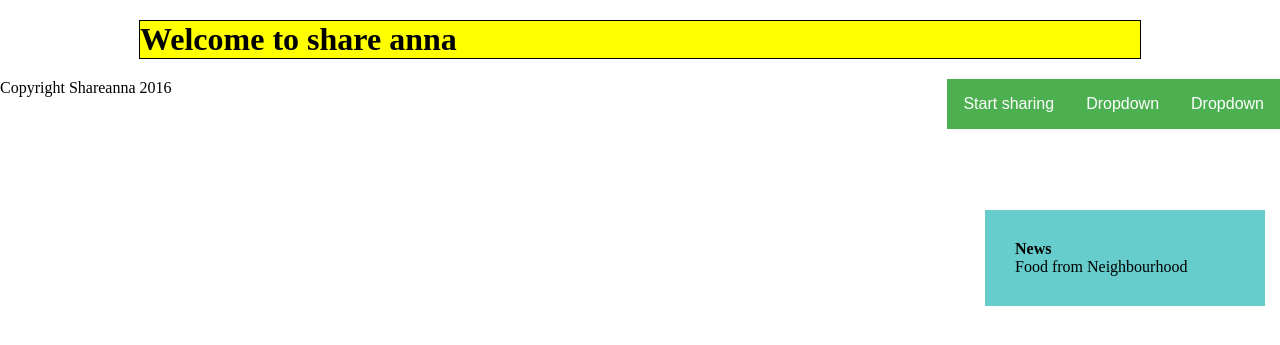
Repository: navigator007/shareanna
Page: practiceSpringMVC_1/src/main/webapp/home.html
The author's editor kept a copy of each file at every save. The page is drawn from the files as they stood at one save, then again after the next save.
The browser window is 1280 px wide. The pictures show the whole page.

Above is the page before, as saved 2016-08-20 23:10:27.

After the next save:
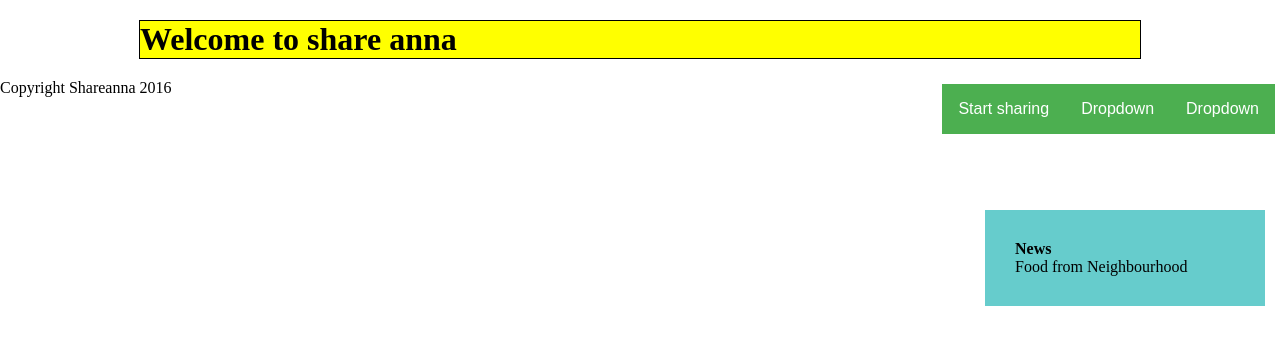
Saved 19 s later.
--- a/practiceSpringMVC_1/src/main/webapp/css/home.css
+++ b/practiceSpringMVC_1/src/main/webapp/css/home.css
@@ -64,7 +64,7 @@ body{
 }
 .menu_dropdown{
 	margin: 0;
-    padding: 0;
+    padding: 5px;
     float: right;
     list-style-type: none;
     top: 330px;
